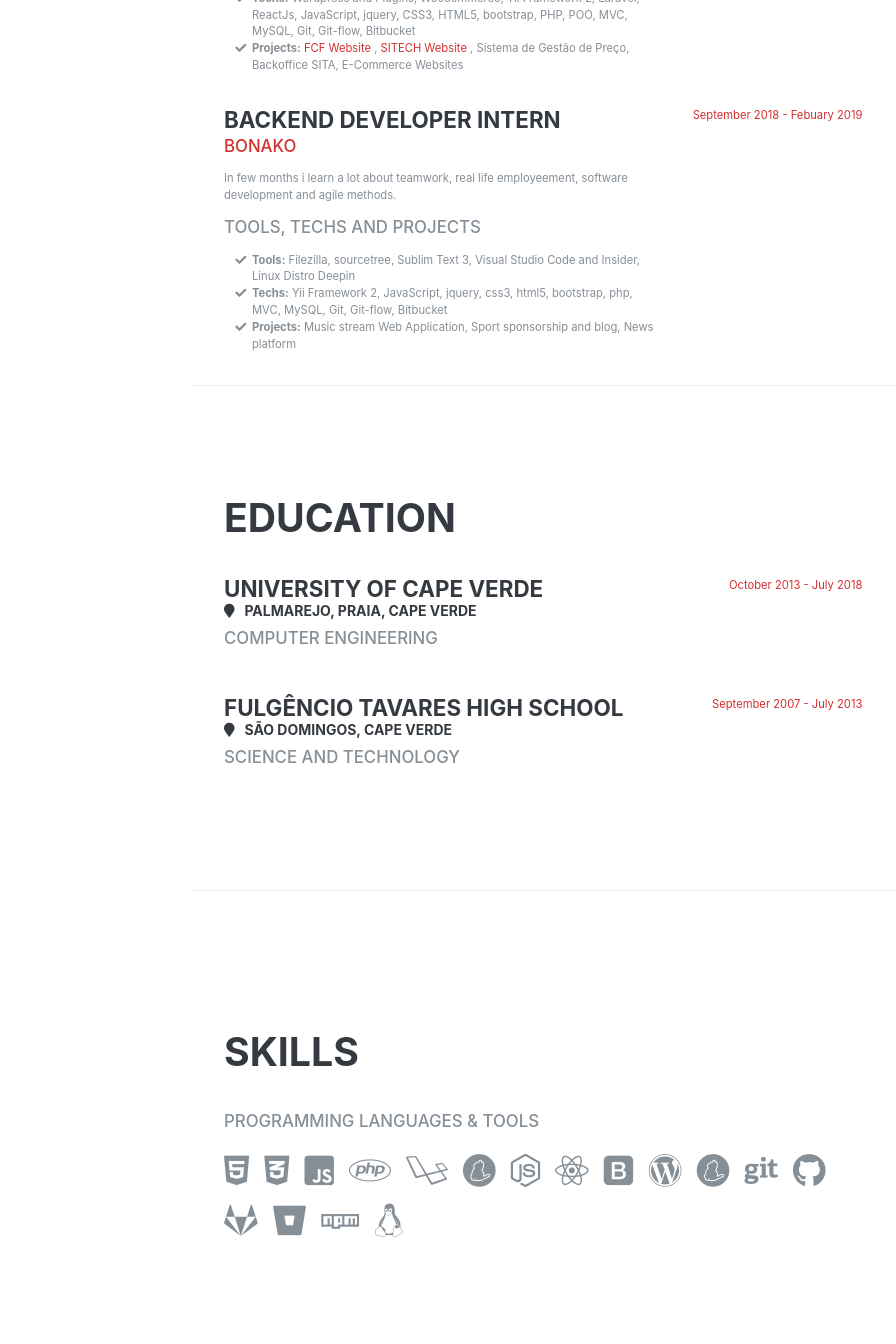
Repository: kcfurtado/kcfurtado.github.io
Page: index.html
These files come from the project's save history. The page is drawn as it stood at one moment and after the next save; the edit follows.
The browser window is 1280 px wide. The pictures show the part of the page from y = 1128 to 3048 px (the page is 3843 px tall), at 70% of full size.
Some web fonts or font styles are not loaded; a fallback is used.

Above is the page before, as saved 2020-05-04 10:46:18.

### index.html
<!DOCTYPE html>
<html lang="en">

<head>
  <!-- Global site tag (gtag.js) - Google Analytics -->
  <script async src="https://www.googletagmanager.com/gtag/js?id=UA-163968646-1"></script>
  <script>
    window.dataLayer = window.dataLayer || [];
    function gtag(){dataLayer.push(arguments);}
    gtag('js', new Date());

    gtag('config', 'UA-163968646-1');
  </script>


  <!-- tracking code -->
  <script>var clicky_site_ids = clicky_site_ids || []; clicky_site_ids.push(101248704);</script>
  <script async src="//static.getclicky.com/js"></script>

  <meta charset="utf-8">
  <meta name="viewport" content="width=device-width, initial-scale=1, shrink-to-fit=no">
  <meta name="description" content="">
  <meta name="author" content="">

  <title>Kelton Furtado - Portfolio</title>

  <!-- Bootstrap core CSS -->
  <link href="vendor/bootstrap/css/bootstrap.min.css" rel="stylesheet">

  <!-- Custom fonts for this template -->
  <link href="https://fonts.googleapis.com/css?family=Saira+Extra+Condensed:500,700" rel="stylesheet">
  <link href="https://fonts.googleapis.com/css?family=Muli:400,400i,800,800i" rel="stylesheet">
  <link href="vendor/fontawesome-free/css/all.min.css" rel="stylesheet">
  <link rel="icon" type="image/png" href="img/profile.png">

  <!-- Custom styles for this template -->
  <link href="css/resume.min.css" rel="stylesheet">



</head>

<body id="page-top">

  <nav class="navbar navbar-expand-lg navbar-dark bg-primary fixed-top" id="sideNav">
    <a class="navbar-brand js-scroll-trigger" href="#page-top">
      <span class="d-block d-lg-none">Kelton Furtado</span>
      <span class="d-none d-lg-block">
        <img class="img-fluid img-profile rounded-circle mx-auto mb-2" src="img/profile.png" alt="">
      </span>
    </a>
    <button class="navbar-toggler" type="button" data-toggle="collapse" data-target="#navbarSupportedContent" aria-controls="navbarSupportedContent" aria-expanded="false" aria-label="Toggle navigation">
      <span class="navbar-toggler-icon"></span>
    </button>
    <div class="collapse navbar-collapse" id="navbarSupportedContent">
      <ul class="navbar-nav">
        <li class="nav-item">
          <a class="nav-link js-scroll-trigger" href="#about">About</a>
        </li>
        <li class="nav-item">
          <a class="nav-link js-scroll-trigger" href="#experience">Experience</a>
        </li>
        <li class="nav-item">
          <a class="nav-link js-scroll-trigger" href="#education">Education</a>
        </li>
        <li class="nav-item">
          <a class="nav-link js-scroll-trigger" href="#skills">Skills</a>
        </li>
        <li class="nav-item">
          <a class="nav-link js-scroll-trigger" href="#interests">Interests</a>
        </li>
        <!-- <li class="nav-item">
          <a class="nav-link js-scroll-trigger" href="#awards">Awards</a>
        </li> -->
      </ul>
    </div>
  </nav>

  <div class="container-fluid p-0">

    <section class="resume-section p-3 p-lg-5 d-flex align-items-center" id="about">
      <div class="w-100">
        <h1 class="mb-0">Kelton
          <span class="text-primary">Furtado</span>
        </h1>
        <ul class="mt-5 mb-5 fa-ul">
          <li>
            <i class="fa-li fa fa-map-marker"></i> Praia · Santiago · Cape Verde
          </li>
          <li>
            <i class="fa-li fa fa-phone"></i> (+238) 599 52 45
          </li>
          <li>
            <i class="fa-li fa fa-envelope"></i>
            <a target="_blank" href="mailto:keltonfurtado95@gmail.com"> keltonfurtado95@gmail.com</a>
          </li>
        </ul>
        <p class="lead mb-5">Im a Cape Verdean programmer and computer , computer networks, computer security, linux and astronomy enthusiast. I am open to new experiences and challenges to improve as a professional and as a human being.</p>
        <div class="social-icons">
          <a target="_blank" href="https://linkedin.com/in/kelton-furtado">
            <i class="fab fa-linkedin-in"></i>
          </a>
          <a target="_blank" href="https://github.com/kcfurtado/">
            <i class="fab fa-github"></i>
          </a>
          <!--<a href="#">
            <i class="fab fa-twitter"></i>
          </a>-->
          <a target="_blank" href="https://www.facebook.com/kcafurtado">
            <i class="fab fa-facebook-f"></i>
          </a>
        </div>
      </div>
    </section>

    <hr class="m-0">

    <section class="resume-section p-3 p-lg-5 d-flex justify-content-center" id="experience">
      <div class="w-100">
        <h2 class="mb-5">Experience</h2>

        <div class="resume-item d-flex flex-column flex-md-row justify-content-between mb-5">
          <div class="resume-content">
            <h3 class="mb-0">Junior Fullstack Developer &amp; Analyst</h3>
            <div class="subheading mb-3"><a target="_blank" href="https://sitech.cv"> SITECH, S.A </a></div>
            <p></p>
            <div class="subheading mb-3">Tools, Techs and projects</div>
            <ul class="fa-ul mb-0">
              <li>
                <i class="fa-li fa fa-check"></i>
                <b>Tools:</b> Filezilla, sourcetree,cpanel, Sublim Text 3, Visual Studio Code and Insider
              </li>
              <li>
                <i class="fa-li fa fa-check"></i>
                <b>Techs:</b> Wordpress and Plugins, Woocommerce, Yii Framework 2, Laravel, ReactJs,  JavaScript, jquery, CSS3, HTML5, bootstrap, PHP, POO, MVC, MySQL, Git, Git-flow, Bitbucket
              </li>
              <li>
                <i class="fa-li fa fa-check"></i>
                <b>Projects:</b> <a target="_blank" href="https://fcf.cv">FCF Website</a> , <a target="_blank" href="https://sitech.cv">SITECH Website</a> , Sistema de Gestão de Preço, Backoffice SITA, E-Commerce Websites
              </li>
            </ul>
          </div>
          <div class="resume-date text-md-right">
            <span class="text-primary">Febuary 2019 - Present</span>
          </div>
        </div>

        <div class="resume-item d-flex flex-column flex-md-row justify-content-between">
          <div class="resume-content">
            <h3 class="mb-0">Backend Developer Intern</h3>
            <div class="subheading mb-3"><a target="_blank" href="https://bonako.com"> Bonako </a></div>
            <p> In few months i learn a lot about teamwork, real life employeement, software development and agile methods.</p>
            <div class="subheading mb-3">Tools, Techs and projects</div>
            <ul class="fa-ul mb-0">
              <li>
                <i class="fa-li fa fa-check"></i>
                <b>Tools:</b> Filezilla, sourcetree, Sublim Text 3, Visual Studio Code and Insider, Linux Distro Deepin
              </li>
              <li>
                <i class="fa-li fa fa-check"></i>
                <b>Techs:</b> Yii Framework 2, JavaScript, jquery, css3, html5, bootstrap, php, MVC, MySQL, Git, Git-flow, Bitbucket
              </li>
              <li>
                <i class="fa-li fa fa-check"></i>
                <b>Projects:</b> Music stream Web Application, Sport sponsorship and blog, News platform
              </li>
            </ul>
          </div>
          <div class="resume-date text-md-right">
            <span class="text-primary">September 2018 - Febuary 2019</span>
          </div>
        </div>

      </div>

    </section>

    <hr class="m-0">

    <section class="resume-section p-3 p-lg-5 d-flex align-items-center" id="education">
      <div class="w-100">
        <h2 class="mb-5">Education</h2>

        <div class="resume-item d-flex flex-column flex-md-row justify-content-between mb-5">
          <div class="resume-content">
            <h3 class="mb-0">University of Cape Verde</h3>
            <h5><i class="fa fa-map-marker" aria-hidden="true"></i> &nbsp; Palmarejo, Praia, Cape Verde</h5>
            <div class="subheading mb-3"> Computer Engineering</div>
            <div></div>
            <p></p>
          </div>
          <div class="resume-date text-md-right">
            <span class="text-primary">October 2013 - July 2018 </span>
          </div>
        </div>

        <div class="resume-item d-flex flex-column flex-md-row justify-content-between">
          <div class="resume-content">
            <h3 class="mb-0">Fulgêncio Tavares High School</h3>
            <h5><i class="fa fa-map-marker" aria-hidden="true"></i> &nbsp; São Domingos, Cape Verde</h5>
            <div class="subheading mb-3"> Science and Technology</div>
            <div></div>
            <p></p>
          </div>
          <div class="resume-date text-md-right">
            <span class="text-primary">September 2007 - July 2013</span>
          </div>
        </div>

      </div>
    </section>

    <hr class="m-0">

    <section class="resume-section p-3 p-lg-5 d-flex align-items-center" id="skills">
      <div class="w-100">
        <h2 class="mb-5">Skills</h2>

        <div class="subheading mb-3">Programming Languages &amp; Tools</div>
        <ul class="list-inline dev-icons">
          <li class="list-inline-item">
            <i class="fab fa-html5"></i>
          </li>
          <li class="list-inline-item">
            <i class="fab fa-css3-alt"></i>
          </li>
          <li class="list-inline-item">
            <i class="fab fa-js-square"></i>
          </li>
          <li class="list-inline-item">
            <i class="fab fa-php"></i>
          </li>
          <li class="list-inline-item">
            <i class="fab fa-laravel"></i>
          </li>
          <li class="list-inline-item">
            <i class="fab fa-yarn"></i>
          </li>
          <li class="list-inline-item">
            <i class="fab fa-node-js"></i>
          </li>
          <li class="list-inline-item">
            <i class="fab fa-react"></i>
          </li>
          <li class="list-inline-item">
            <i class="fab fa-bootstrap"></i>
          </li>
          <li class="list-inline-item">
            <i class="fab fa-wordpress"></i>
          </li>
          <li class="list-inline-item">
            <i class="fab fa-yarn"></i>
          </li>
          <li class="list-inline-item">
            <i class="fab fa-git"></i>
          </li>
          <li class="list-inline-item">
            <i class="fab fa-github"></i>
          </li>
          <li class="list-inline-item">
            <i class="fab fa-gitlab"></i>
          </li>
          <li class="list-inline-item">
            <i class="fab fa-bitbucket"></i>
          </li>
          <li class="list-inline-item">
            <i class="fab fa-npm"></i>
          </li>
          <li class="list-inline-item">
            <i class="fab fa-linux"></i>
          </li>
        </ul>

        <!--<div class="subheading mb-3">Workflow</div>
        <ul class="fa-ul mb-0">
          <li>
            <i class="fa-li fa fa-check"></i>
            Web-First, Responsive Design</li>
          <li>
            <i class="fa-li fa fa-check"></i>
            Cross Browser Testing &amp; Debugging</li>
          <li>
            <i class="fa-li fa fa-check"></i>
            Cross Functional Teams</li>
          <!--<li>
            <i class="fa-li fa fa-check"></i>
            Agile Development &amp; Scrum</li>-->
        </ul>
      </div>
    </section>

    <hr class="m-0">

    <section class="resume-section p-3 p-lg-5 d-flex align-items-center" id="interests">
      <div class="w-100">
        <div class="subheading mb-3">Interests</div>
        <ul class="fa-ul mb-0">
          <li>
            <i class="fa-li fa fa-check"></i> Computer network
          </li>
          <li>
            <i class="fa-li fa fa-check"></i> Computer security
          </li>
          <li>
            <i class="fa-li fa fa-check"></i> Linux distros ( Ubuntu, Fedora, Elementary, Deepin, Kali )
          </li>
          <li>
            <i class="fa-li fa fa-check"></i> JavaScript ( ES5, ES6, ES7 )
          </li>
          <li>
            <i class="fa-li fa fa-check"></i> NodeJS
          </li>
          <li>
            <i class="fa-li fa fa-check"></i> Web Services (API REST and RESTFull)
          </li>
          <li>
            <i class="fa-li fa fa-check"></i> ReactJS and React Native
          </li>
          <li>
            <i class="fa-li fa fa-check"></i> PHP
          </li>
          <li>
            <i class="fa-li fa fa-check"></i> PHP Frameworks ( Yii2, Laravel)
          </li>
          <li>
            <i class="fa-li fa fa-check"></i> Open Source Softwares
          </li>
          <li>
            <i class="fa-li fa fa-check"></i> Git, Git-flow, Github, Gitlab, Bitbucket
          </li>
          <li>
            <i class="fa-li fa fa-check"></i> Astronomy (Planets, Stars, Black hole, dark matters )
          </li>
          <li>
            <i class="fa-li fa fa-check"></i> Sports (Football, Handball, Basketball)
          </li>
        </ul>

      </div>
    </section>

    <hr class="m-0">

    <!--<section class="resume-section p-3 p-lg-5 d-flex align-items-center" id="awards">
      <div class="w-100">
        <h2 class="mb-5">Awards &amp; Certifications</h2>
        <ul class="fa-ul mb-0">
          <li>
            <i class="fa-li fa fa-trophy text-warning"></i>
            Google Analytics Certified Developer</li>
          <li>
            <i class="fa-li fa fa-trophy text-warning"></i>
            Mobile Web Specialist - Google Certification</li>
          <li>
            <i class="fa-li fa fa-trophy text-warning"></i>
            1<sup>st</sup>
            Place - University of Colorado Boulder - Emerging Tech Competition 2009</li>
          <li>
            <i class="fa-li fa fa-trophy text-warning"></i>
            1<sup>st</sup>
            Place - University of Colorado Boulder - Adobe Creative Jam 2008 (UI Design Category)</li>
          <li>
            <i class="fa-li fa fa-trophy text-warning"></i>
            2<sup>nd</sup>
            Place - University of Colorado Boulder - Emerging Tech Competition 2008</li>
          <li>
            <i class="fa-li fa fa-trophy text-warning"></i>
            1<sup>st</sup>
            Place - James Buchanan High School - Hackathon 2006</li>
          <li>
            <i class="fa-li fa fa-trophy text-warning"></i>
            3<sup>rd</sup>
            Place - James Buchanan High School - Hackathon 2005</li>
        </ul>
      </div>
    </section>
  -->

  </div>

  <!-- Bootstrap core JavaScript -->
  <script src="vendor/jquery/jquery.min.js"></script>
  <script src="vendor/bootstrap/js/bootstrap.bundle.min.js"></script>

  <!-- Plugin JavaScript -->
  <script src="vendor/jquery-easing/jquery.easing.min.js"></script>

  <!-- Custom scripts for this template -->
  <script src="js/resume.min.js"></script>

</body>

</html>

### css/resume.min.css
/*!
 * Start Bootstrap - Resume v5.0.8 (https://startbootstrap.com/template-overviews/resume)
 * Copyright 2013-2019 Start Bootstrap
 * Licensed under MIT (https://github.com/BlackrockDigital/startbootstrap-resume/blob/master/LICENSE)
 */body{font-family:Muli,-apple-system,BlinkMacSystemFont,'Segoe UI',Roboto,'Helvetica Neue',Arial,sans-serif,'Apple Color Emoji','Segoe UI Emoji','Segoe UI Symbol','Noto Color Emoji';padding-top:54px;color:#868e96}@media (min-width:992px){body{padding-top:0;padding-left:17rem}}h1,h2,h3,h4,h5,h6{font-family:'Saira Extra Condensed',-apple-system,BlinkMacSystemFont,'Segoe UI',Roboto,'Helvetica Neue',Arial,sans-serif,'Apple Color Emoji','Segoe UI Emoji','Segoe UI Symbol','Noto Color Emoji';font-weight:700;text-transform:uppercase;color:#343a40}h1{font-size:6rem;line-height:5.5rem}h2{font-size:3.5rem}h3{font-size:2rem}p.lead{font-size:1.15rem;font-weight:400}.subheading{text-transform:uppercase;font-weight:500;font-family:'Saira Extra Condensed',-apple-system,BlinkMacSystemFont,'Segoe UI',Roboto,'Helvetica Neue',Arial,sans-serif,'Apple Color Emoji','Segoe UI Emoji','Segoe UI Symbol','Noto Color Emoji';font-size:1.5rem}.social-icons a{display:inline-block;height:3.5rem;width:3.5rem;background-color:#495057;color:#fff!important;border-radius:100%;text-align:center;font-size:1.5rem;line-height:3.5rem;margin-right:1rem}.social-icons a:last-child{margin-right:0}.social-icons a:hover{background-color:#d32f2f}.dev-icons{font-size:3rem}.dev-icons .list-inline-item i:hover{color:#d32f2f}#sideNav .navbar-nav .nav-item .nav-link{font-weight:800;letter-spacing:.05rem;text-transform:uppercase}#sideNav .navbar-toggler:focus{outline-color:#9a0007}@media (min-width:992px){#sideNav{text-align:center;position:fixed;top:0;left:0;display:flex;flex-direction:column;width:17rem;height:100vh}#sideNav .navbar-brand{display:flex;margin:auto auto 0;padding:.5rem}#sideNav .navbar-brand .img-profile{max-width:10rem;max-height:10rem;border:.5rem solid rgba(255,255,255,.2)}#sideNav .navbar-collapse{display:flex;align-items:flex-start;flex-grow:0;width:100%;margin-bottom:auto}#sideNav .navbar-collapse .navbar-nav{flex-direction:column;width:100%}#sideNav .navbar-collapse .navbar-nav .nav-item{display:block}#sideNav .navbar-collapse .navbar-nav .nav-item .nav-link{display:block}}section.resume-section{padding-top:5rem!important;padding-bottom:5rem!important;max-width:75rem}section.resume-section .resume-item .resume-date{min-width:none}@media (min-width:768px){section.resume-section{min-height:100vh}section.resume-section .resume-item .resume-date{min-width:18rem}}@media (min-width:992px){section.resume-section{padding-top:3rem!important;padding-bottom:3rem!important}}.bg-primary{background-color:#d32f2f!important}.text-primary{color:#d32f2f!important}a{color:#d32f2f}a:active,a:focus,a:hover{color:#9a0007}

Loaded but not shown: vendor/bootstrap/css/bootstrap.min.css (library); vendor/fontawesome-free/css/all.min.css (library); vendor/jquery/jquery.min.js (library); vendor/bootstrap/js/bootstrap.bundle.min.js (library); vendor/jquery-easing/jquery.easing.min.js (common file); js/resume.min.js (common file)

After the next save:
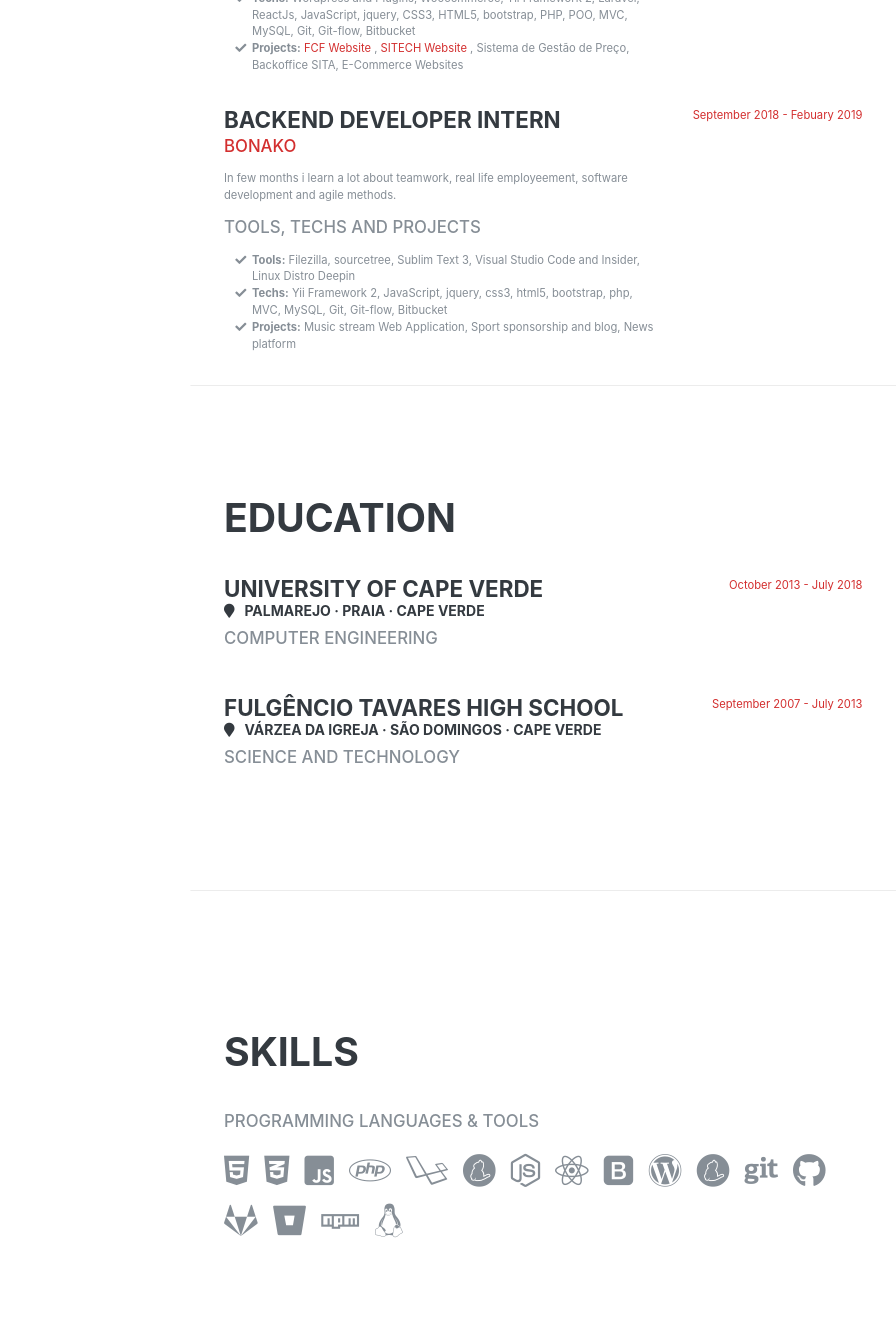
Saved 5 min 7 s later.
--- a/index.html
+++ b/index.html
@@ -184,7 +184,7 @@
         <div class="resume-item d-flex flex-column flex-md-row justify-content-between mb-5">
           <div class="resume-content">
             <h3 class="mb-0">University of Cape Verde</h3>
-            <h5><i class="fa fa-map-marker" aria-hidden="true"></i> &nbsp; Palmarejo, Praia, Cape Verde</h5>
+            <h5><i class="fa fa-map-marker" aria-hidden="true"></i> &nbsp; Palmarejo · Praia · Cape Verde</h5>
             <div class="subheading mb-3"> Computer Engineering</div>
             <div></div>
             <p></p>
@@ -197,7 +197,7 @@
         <div class="resume-item d-flex flex-column flex-md-row justify-content-between">
           <div class="resume-content">
             <h3 class="mb-0">Fulgêncio Tavares High School</h3>
-            <h5><i class="fa fa-map-marker" aria-hidden="true"></i> &nbsp; São Domingos, Cape Verde</h5>
+            <h5><i class="fa fa-map-marker" aria-hidden="true"></i> &nbsp; Várzea da Igreja · São Domingos · Cape Verde</h5>
             <div class="subheading mb-3"> Science and Technology</div>
             <div></div>
             <p></p>
